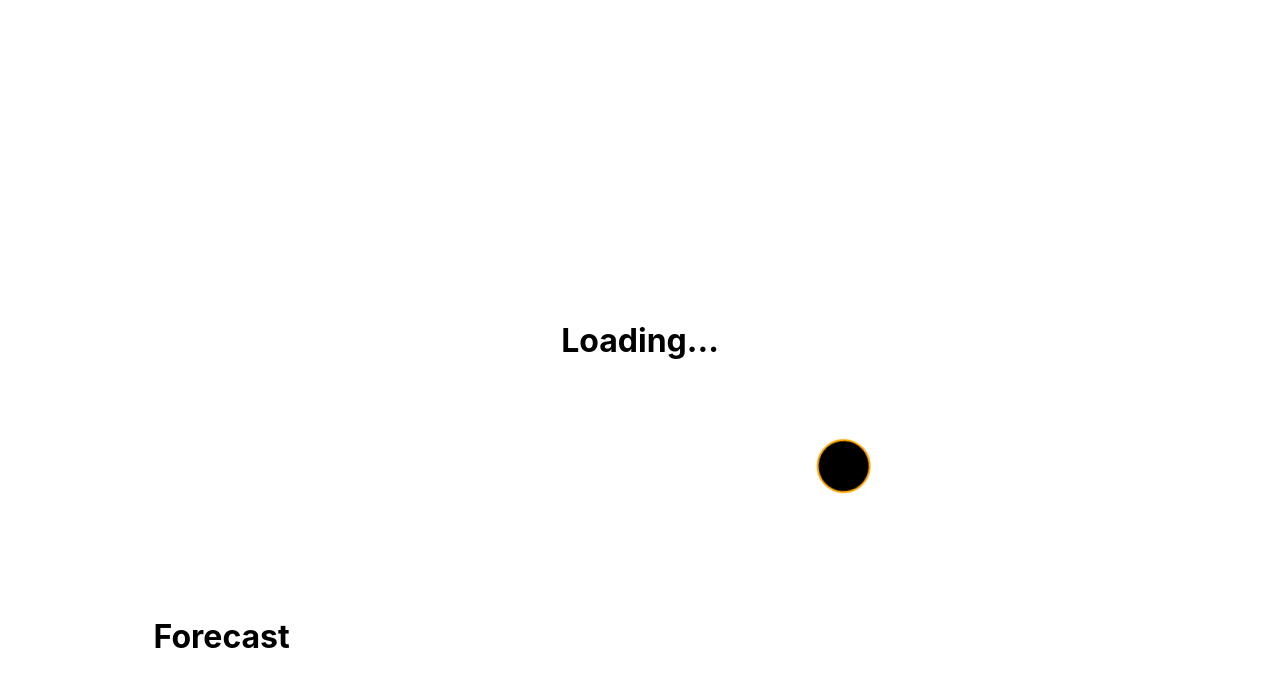
Repository: debthebuilder/bloom
Page: /
These files come from the project's save history. The page is drawn as it stood at one moment and after a run of saves; the edit follows.
The browser window is 1280 px wide. The pictures show the whole page.
Pictures or frames that could not be fetched are drawn as grey boxes. The page's requests for data from a server got no answer. The project was rebuilt for these pictures with package versions that can differ from the ones it lists, and the page was loaded fresh each time. No one was signed in, and anything a server would have sent is missing. Also part of the build but not shown: src/components/Splash.js.

Above is the page before, as saved 2022-11-11 10:24:47.

### src/App.js
// import logo from './logo.svg';

import "./scss/app.scss";
import { Current , Forecast} from "./components/index"

function App() {
  return (
    <div className="app">
      <div className="weather-container">
        <Current />
        <Forecast />
      </div>
    </div>
  );
}

export default App;

### src/scss/app.scss
@use "colors"; @use "fonts";
@import url(_loading.scss);
@import url(_splash.scss);


* {
    margin: 0;
    padding: 0;
    box-sizing: border-box;
}

body {
    background-color: colors.$white;
    color: colors.$black;
}

.app {
    width: 100%;
    height: 100vh;
    display: flex;
    flex-direction: column;
    justify-content: center;
    align-items: center;
}

.weather-container {
    width: 80%;
    height: 100%;
    padding: 5% 2%;
    display: flex;
    flex-direction: column;
}
.date-location {
    display: flex;
    flex-direction: column;
    align-items: center;
}
.location-icon {
    margin-right: 10px;
}
.date {
    color: colors.$black;
    font-weight: fonts.$semibold;
    margin: 10px 0;
}

.conditions {
    display: flex;
    flex-direction: column;
    align-items: center;
    text-align: center;
}
.temperature {
    font-weight: fonts.$bold;
    color: colors.$black;
    position: relative;
}
.temp-value {
    font-size: fonts.$xxl;
}
.temp-unit {
    position: absolute;
    top: 20px;
}
.weather {
    display: inline-block;
    letter-spacing: fonts.$ls;
    text-transform: fonts.$uCase;
    margin-bottom: 90px;
    font: {
        weight: fonts.$semibold;

    }
}

.weather-icon {
    width: 150px;
}
.weather-icon img {
    width: 100%;
}

### src/components/index.js
export { Current } from "./Current";
export { Forecast } from "./Forecast";
export { Loading } from "./Loading";
export { Splash }  from "./Splash";

### src/scss/_fonts.scss
$bold: 800;
$semibold: 600;
$normal: 500;
$light: 300;
$lg: 36px;
$xl: 56px;
$xxl: 64px;
$ls: 0.2rem;
$uCase: uppercase;
$caps: capitalize;

### src/scss/_loading.scss
.coin {
    position: absolute;
    width: 30px;
    height: 30px;
    border-radius: 50%;
    background: transparent;
    top: 70%;
    left: 50%;
    animation: arc 2s forwards infinite;
    margin: 8px 0 0;
  }

  .coin:before {
    content: '';
    background: black;
    position: absolute;
    border-radius: 50px;
    border: 2px solid orange;
    box-shadow: -1px -1px 1px 1px rgba(255,255,255,0.5);
    left: -220px;
    top: 6px;
    width: 50px;
    height: 50px;
  }
@keyframes arc {
    0%{
      transform: translate(-50%, -50%) rotate(0deg);
    }
    100%{
      transform: translate(-50%, -50%) rotate(180deg);
    }
  }

### src/scss/_splash.scss
.weather-map {
    display: grid;
    width: 100%;
    height: 100vh;
    grid-template-columns: 1fr 1fr;
    position: relative;
    background-color: black;
    gap: 10px 20px;
    color: white;
    padding: 10px;
}

.sunshine {
    background-image: linear-gradient(yellow, orange);
}


.appTitle {
    font: {
        size: 6rem;
    }
}

### src/components/Current.js
import axios from "axios";
import { useEffect, useState } from "react";

import { Loading } from "./Loading";
import sunny from "../assets/sunny.png";

export const Current = () => {
    const [currentWeather, setCurrentWeather] = useState([]);

    useEffect(() => {
        axios.request("https://weatherapi-com.p.rapidapi.com/current.json", {
            params: {q: 'Enugu'},
            headers: {
              'X-RapidAPI-Key': 'e3baab7e8emshfb5f98ba13f046cp14693djsn63347419cbf2',
              'X-RapidAPI-Host': 'weatherapi-com.p.rapidapi.com'
            }
        }).then(response => {
            console.log(response.data);
            if(response) {
                setCurrentWeather(currentWeather => {
                    return {...currentWeather, ...response.data}
                });
            }
        })
    }, [setCurrentWeather]);

    // const weatherTexts = {
    //     patchy: "Patchy rain possible",
    //     pathchyIcon: "//cdn.weatherapi.com/weather/64x64/night/176.png",
    // }

    // const getIcon = () => {
    //     switch(text) {
    //         case: "Patchy rain possible"

    //     }
    // }
    return(
        <>
            {currentWeather.length !== 0 ?
            <div className="current">
                <div className="date-location">
                    <span className="location"><span className="location-icon"><i className="fa-solid fa-map-pin"></i></span>{currentWeather.location.name}, {currentWeather.location.country}</span>
                    <span className="date">{currentWeather.location.localtime}</span>
                </div>
                <div className="conditions">
                    <div className="weather-icon">
                        <img src={currentWeather.current.condition.icon} alt={"Sunny"} />
                    </div>
                    <div className="temperature">
                        <span className="temp-value">{currentWeather.current.feelslike_c}</span>
                        <span className="temp-unit"><sup>o</sup>C</span>
                    </div>
                    <span className="weather">{currentWeather.current.condition.text}</span>
                </div>

            </div>
            : <Loading />
            }
        </>

    )
}

### src/components/Forecast.js
export const Forecast = () => {
    return(
        <div>
            <h1>Forecast</h1>
        </div>
    )
}

### src/components/Loading.js
export const Loading = () => {
    return(
        <div className="app">
            <h1 className="loading">Loading...</h1>
            <div class="arc">
            <div class="coin">
            </div>
            </div>

        </div>
    )
}

Loaded but not shown: public/index.html (common file); src/index.js (common file); src/index.css (common file); src/reportWebVitals.js (common file); src/scss/_colors.scss (common file)

After the next 4 saves:
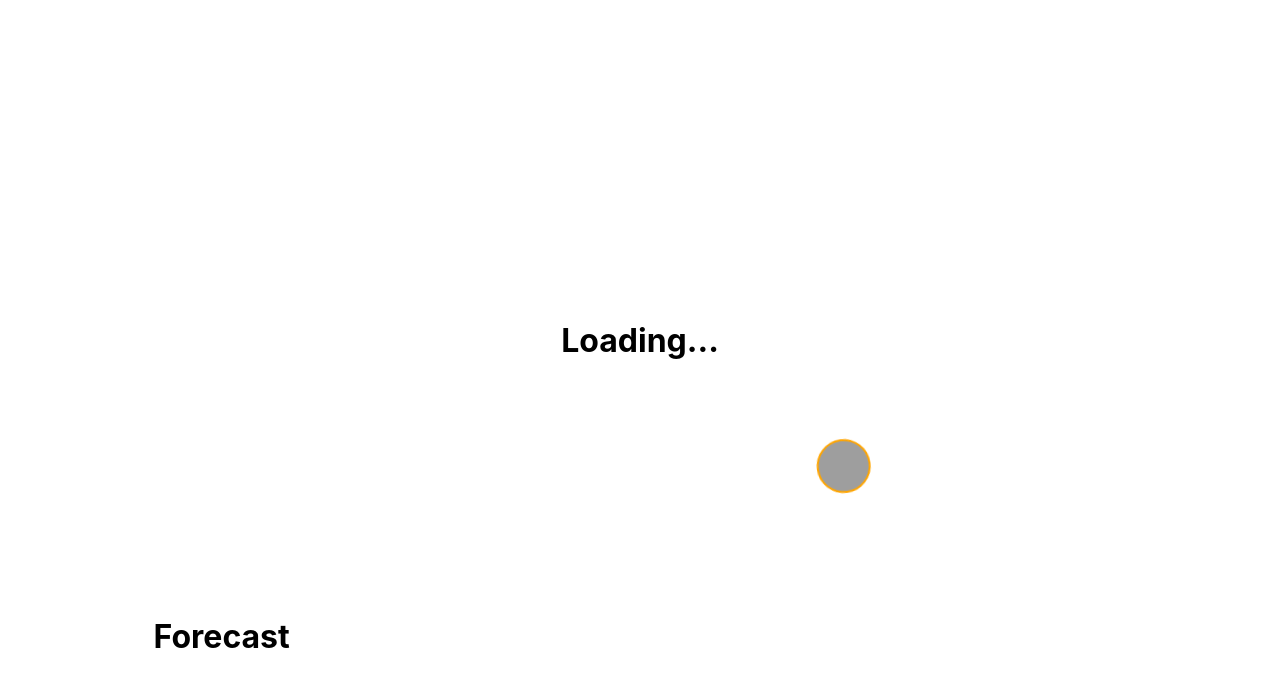
The 4 saves are shown as one change because they came seconds apart.
The last was saved 22 s later.
--- a/src/scss/_loading.scss
+++ b/src/scss/_loading.scss
@@ -13,6 +13,7 @@
   .coin:before {
     content: '';
     background: black;
+    background-image: url(".");
     position: absolute;
     border-radius: 50px;
     border: 2px solid orange;

After the 4 saves that followed:
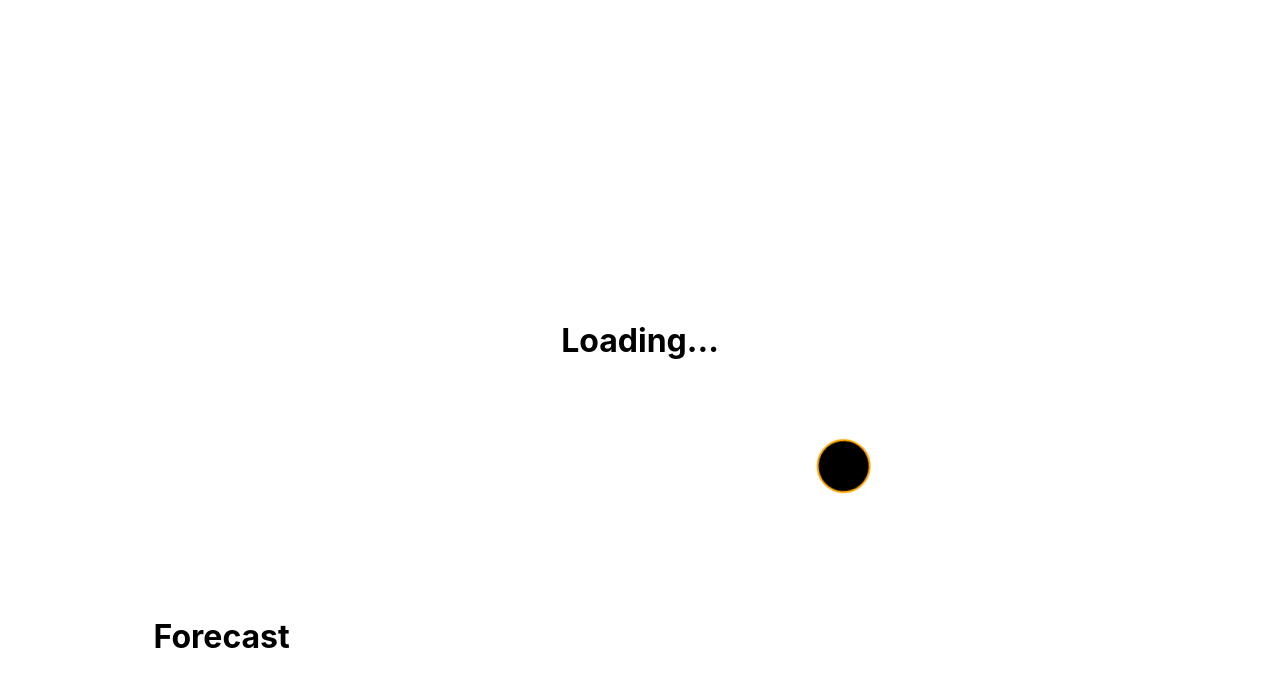
The 4 saves are shown as one change because they came seconds apart.
The last was saved 9 s later.
--- a/src/scss/_loading.scss
+++ b/src/scss/_loading.scss
@@ -13,7 +13,7 @@
   .coin:before {
     content: '';
     background: black;
-    background-image: url(".");
+    background-image: url("../assets/sunny.png");
     position: absolute;
     border-radius: 50px;
     border: 2px solid orange;
